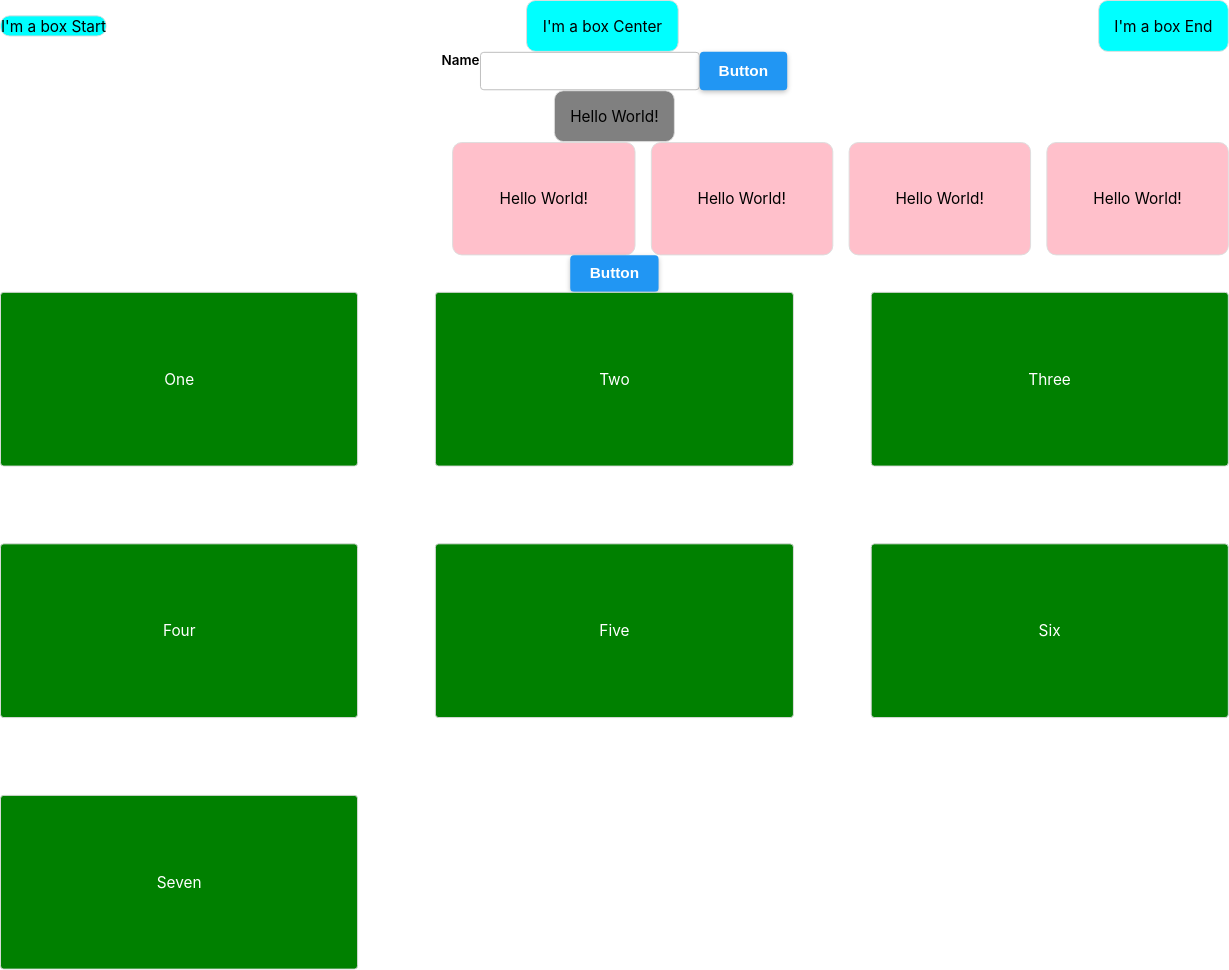
Repository: roistyx/react
Page: / (app in layouts-app/)
An editor plug-in stored every save of this project. The page is shown before and after the next save, followed by the edit.
The browser window is 1280 px wide. The pictures show the whole page, at 96% of full size.
The project was rebuilt for these pictures with package versions that can differ from the ones it lists, and the page was loaded fresh each time.

Above is the page before, as saved 2023-04-30 17:04:08.

### layouts-app/src/App.js
import React from 'react';
import { Between, SpaceEvenly, Center, FlexEnd } from './layouts/Line';
import { Btn } from './elements/Btn';
import { Rows } from './layouts/Line';
import SearchField from './elements/TextField';
import { AlignCenter } from './layouts/Line';
import { Box } from './layouts/Box';
import { Grid } from './layouts/Grid';

export default function App() {
	return (
		<div>
			<Between>
				<Box bgColor="	#00FFFF" borderRadius="10px" gap="0">
					<span>I'm a box Start</span>
				</Box>
				<Box bgColor="	#00FFFF" borderRadius="10px" gap="1rem">
					<span>I'm a box Center</span>
				</Box>
				<Box bgColor="	#00FFFF" borderRadius="10px" gap="1rem">
					<span>I'm a box End</span>
				</Box>
			</Between>
			<Rows>
				<AlignCenter>
					<SearchField />
				</AlignCenter>
			</Rows>
			<Center>
				<Box bgColor="grey" borderRadius="10px" gap="1rem">
					<span>Hello World!</span>
				</Box>
			</Center>
			<FlexEnd>
				<Box bgColor="pink" borderRadius="10px" gap="3rem">
					<span>Hello World!</span>
				</Box>
				<Box bgColor="pink" borderRadius="10px" gap="3rem">
					<span>Hello World!</span>
				</Box>
				<Box bgColor="pink" borderRadius="10px" gap="3rem">
					<span>Hello World!</span>
				</Box>
				<Box bgColor="pink" borderRadius="10px" gap="3rem">
					<span>Hello World!</span>
				</Box>
			</FlexEnd>
			<Center>
				<Btn>Button</Btn>
			</Center>
			<Grid gap="5rem" bgColor="pink">
				<Box>One</Box>
				<Box>Two</Box>
				<Box>Three</Box>
				<Box>Four</Box>
				<Box>Five</Box>
				<Box>Six</Box>
				<Box>Seven</Box>
			</Grid>
		</div>
	);
}

### layouts-app/src/layouts/Line.js
import './Line.css';

export const Line = ({ children, addClass }) => {
	return <div className={`Line ${addClass || ''}`}>{children}</div>;
};

export const FlexEnd = (props) => {
	return <Line {...props} addClass="flex-end" />;
};

export const Between = (props) => {
	return <Line {...props} addClass="between" />;
};

export const Center = (props) => {
	return <Line {...props} addClass="center" />;
};

export const SpaceEvenly = (props) => {
	return <Line {...props} addClass="evenly" />;
};

export const Rows = (props) => {
	return <Line {...props} addClass="rows" />;
};

export const AlignStart = ({ children }) => {
	return <div className="AlignStart">{children}</div>;
};

export const AlignCenter = ({ children }) => {
	return <div className="AlignCenter">{children}</div>;
};

### layouts-app/src/elements/Btn.js
import { Button } from '@mui/material';
import './Btn.css';
export const Btn = ({ children }) => {
	return (
		<button className="Btn">
			<span>{children}</span>{' '}
		</button>
		// <Button variant="contained" color="primary">
		// 	{' '}
		// 	<span>{children}</span>{' '}
		// </Button>
	);
};

### layouts-app/src/elements/TextField.js
import '../elements/TextField.css';
import React from 'react';
import { Btn } from '../elements/Btn.js';
import { TextField } from '@mui/material';

const SearchField = () => {
	return (
		<div>
			<form class="text-field">
				<label for="name">Name</label>
				<input type="text" id="name" name="name" />
				<Btn>Button</Btn>
			</form>
		</div>
	);
};

export default SearchField;

### layouts-app/src/layouts/Box.js
import './Box.css';

export const Box = ({ bgColor, borderRadius, gap, children }) => {
	const style = {
		...(bgColor ? { '--background': bgColor } : {}),
		...(borderRadius ? { '--border-radius': borderRadius } : {}),
		...(gap ? { '--gap': gap } : {}),
	};

	return (
		<div className="Box" style={style}>
			{children}
		</div>
	);
};

### layouts-app/src/layouts/Grid.js
import './Grid.css';

export const Grid = ({ bgColor, gap, children }) => {
	console.log(bgColor, gap, 'bgColor, gap');
	const style = {
		...(bgColor ? { '--background-color': bgColor } : {}),
		...(gap ? { '--gap': gap } : {}),
	};
	return (
		<div className="Grid" style={style}>
			{children}
		</div>
	);
};

### layouts-app/src/layouts/Line.css
.Line {
	display: flex;
	gap: var(--gap);
	height: 100%;
	align-items: center;
}

.Line.flex-end {
	justify-content: flex-end;
}

.Line.between {
	justify-content: space-between;
}

.Line.center {
	justify-content: center;
}

.Line.evenly {
	justify-content: space-evenly;
}

.Line.around {
	justify-content: space-around;
}

.Line.rows {
	flex-direction: column;
	align-items: stretch;
}

.AlignStart {
	align-self: flex-start;
}

.AlignCenter {
	align-self: center;
}

### layouts-app/src/elements/Btn.css
.Btn {
	display: inline-block;
	padding: 10px 20px;
	font-size: 16px;
	font-weight: 600;
	text-align: center;
	text-decoration: none;
	background-color: #2196f3;
	color: #fff;
	border-radius: 4px;
	border: none;
	cursor: pointer;
	box-shadow: 0px 2px 5px rgba(0, 0, 0, 0.25);
	transition: background-color 0.3s ease;
}
.Btn:hover {
	background-color: #0d6ec3;
}

### layouts-app/src/elements/TextField.css
.text-field {
	display: flex;
	flex-direction: row;
}

.text-field label {
	font-size: 14px;
	font-weight: 600;
	margin-bottom: 5px;
}

.text-field input {
	padding: 10px;
	font-size: 16px;
	border-radius: 4px;
	border: 1px solid #bdbdbd;
	transition: border-color 0.3s ease;
}
.text-field input:focus {
	outline: none;
	border-color: #2196f3;
}

### layouts-app/src/layouts/Box.css
:root {
	--background: green;
	--border: #ddd;
	--gap: 1rem;
	--border-radius: 0.25rem;
}

.Box {
	background-color: var(--background);
	border: 1px solid var(--border);
	padding: var(--gap);
	border-radius: var(--border-radius);
}

### layouts-app/src/layouts/Grid.css
.Grid {
	background-color: var(--bgColor);
	/* row-gap: var(--gap, 400px); */
	display: grid;
	height: 100%;
	grid-template-rows: 1fr 1fr 1fr;
	grid-template-columns: repeat(3, 1fr);
	/* grid-template-rows: 100px 100px 100px; */
	gap: var(--gap);
}

.Grid > * {
	color: white;
	font-size: 16px;
	display: flex;
	align-items: center;
	justify-content: center;
}

/* .Grid > :nth-child(1) {
	background-color: var(--bgColor);
	color: #fff;
}

.Grid > :nth-child(2) {
}

.Grid > :nth-child(3) {
	background-color: #e1e1e1;
} */

Loaded but not shown: layouts-app/public/index.html (common file); layouts-app/src/index.js (common file); layouts-app/src/index.css (common file); layouts-app/src/reportWebVitals.js (common file)

After the next save:
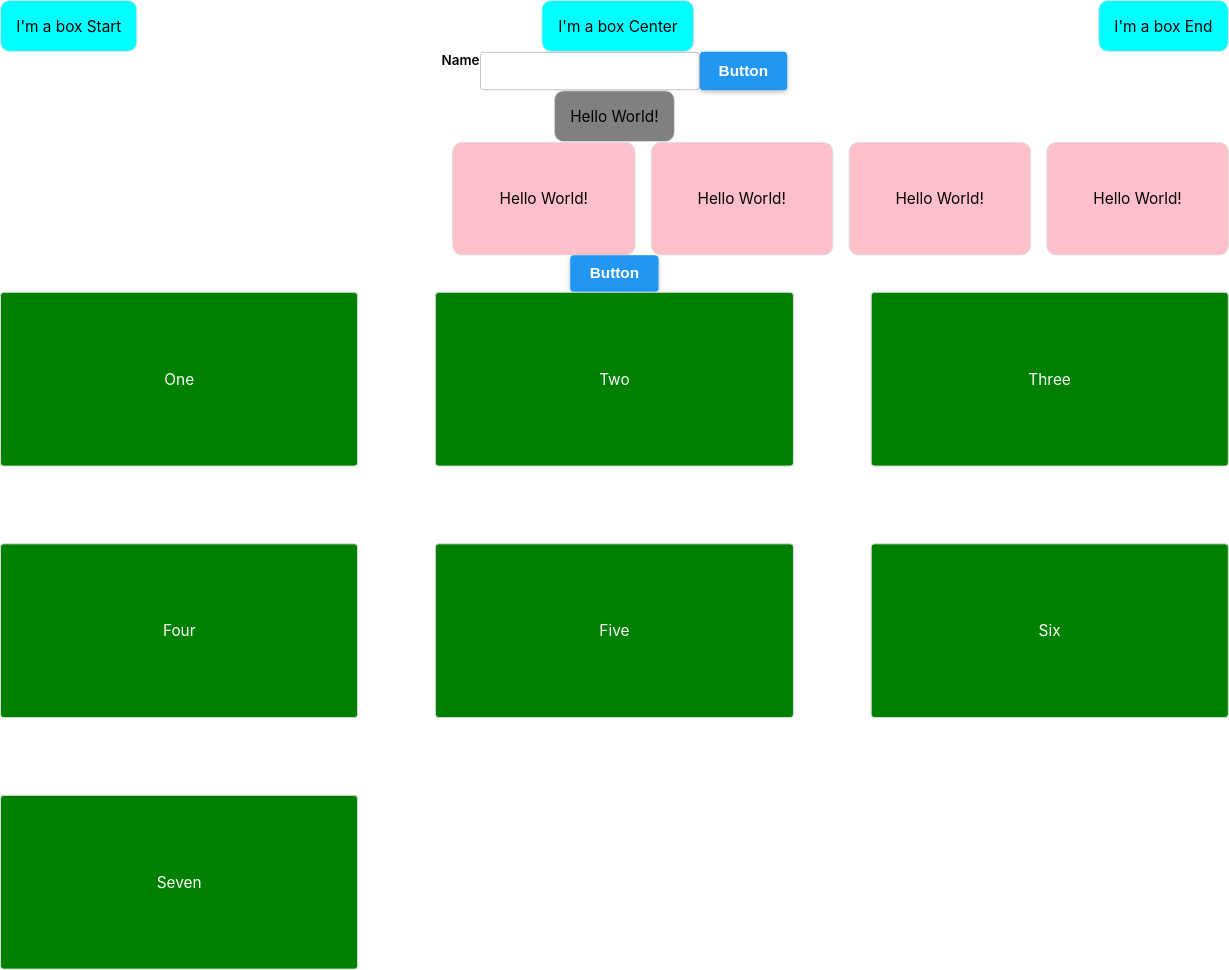
Saved 17 s later.
--- a/layouts-app/src/App.js
+++ b/layouts-app/src/App.js
@@ -11,7 +11,7 @@ export default function App() {
 	return (
 		<div>
 			<Between>
-				<Box bgColor="	#00FFFF" borderRadius="10px" gap="0">
+				<Box bgColor="	#00FFFF" borderRadius="10px" gap="1rem">
 					<span>I'm a box Start</span>
 				</Box>
 				<Box bgColor="	#00FFFF" borderRadius="10px" gap="1rem">
